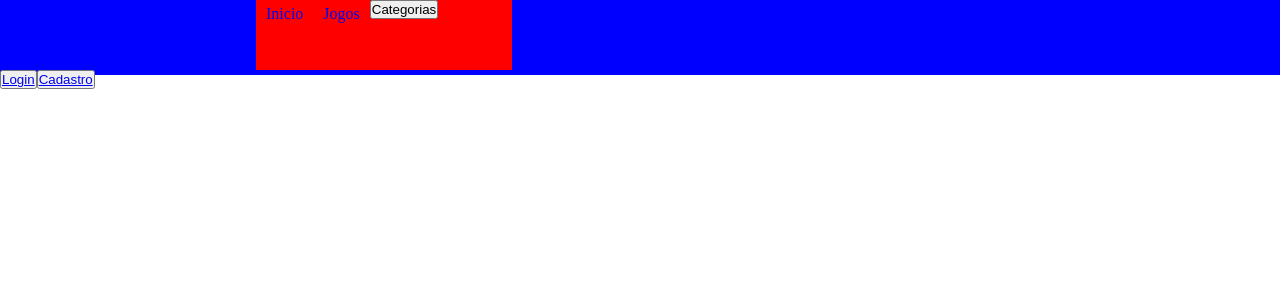
Repository: MarcoantonioCaldeira/Projeto-Go-Gamming
Page: /
These files come from the project's save history. The page is drawn as it stood at one moment and after the next save; the edit follows.
The browser window is 1280 px wide. The pictures show the whole page.
The project was rebuilt for these pictures with package versions that can differ from the ones it lists, and the page was loaded fresh each time. Also part of the build but not shown: src/pages/Inicio/estilo.css, src/pages/rodape/rodape.js, src/pages/Inicio/Inicio.js, src/pages/Jogos/Jogos.js, src/pages/Categorias/Acao.js, src/pages/Categorias/Aventura.js, src/pages/Categorias/Arcades.js, src/pages/Categorias/Familia.js and 7 more.

Above is the page before, as saved 2023-02-05 13:47:20.

### src/App.js
import ReactDOM from "react-dom/client";
import "./fonts/Poppins.ttf";
import { BrowserRouter, Routes, Route } from "react-router-dom";

import Menu from "./pages/Menu/Menu";
import Inicio from "./pages/Inicio/Inicio";

//Categorias
import Jogos from "./pages/Jogos/Jogos";
import Acao from "./pages/Categorias/Acao";
import Aventura from "./pages/Categorias/Aventura";
import Arcades from "./pages/Categorias/Arcades";
import Familia from "./pages/Categorias/Familia";
import Independentes from "./pages/Categorias/Independentes";
import Jogos_RPG from "./pages/Categorias/Jogos_RPG";
import Gratuitos from "./pages/Categorias/Gratuitos";
import Terror from "./pages/Categorias/Terror";
import Suspence from "./pages/Categorias/Suspence";


import Login from "./pages/Login/Login";
import Cadastro from "./pages/Cadastro/Cadastro";

function App() {
  return (
   <BrowserRouter>
    <Routes>
      <Route path="/" element={<Menu />}>
        <Route path="Inicio" element={<Inicio />}/>
        <Route path="jogos" element={< Jogos />}/>
          <Route path="Acao" element={<Acao />}/>
          <Route path="Aventura" element={<Aventura />}/>
          <Route path="Arcades" element={<Arcades />}/>
          <Route path="Familia" element={<Familia />}/>
          <Route path="Independentes" element={<Independentes />}/>
          <Route path="Jogos_RPG" element={<Jogos_RPG />}/>
          <Route path="Gratuitos" element={<Gratuitos />}/>
          <Route path="Terror" element={<Terror />}/>
          <Route path="Suspence" element={<Suspence />}/>
        <Route path="Login" element={<Login />}/>
        <Route path="Cadastro" element={<Cadastro />}/>
      </Route>
    </Routes>
   </BrowserRouter>
  );
}

const root = ReactDOM.createRoot(document.getElementById('root'))
root.render(<App />);
export default App;

### src/pages/Menu/Menu.js
import { Outlet, Link } from "react-router-dom";
import './estilo.css';


const Menu = () => {
  return (
      <>
        <nav id="nav_bar">
          <ul id="menu">
            <li>
              <Link to="./Inicio">Inicio</Link>
            </li>
            <li>
              <Link to="./Jogos">Jogos</Link>
            </li>
            <div class="dropdown" >
              <button class="dropbtn">Categorias</button>
                  <div class="dropdown-content">
                    <a><Link to="./Acao">Ação</Link></a>
                    <a><Link to="./Aventura">Aventura</Link></a>
                    <a><Link to="./Arcades">Arcades</Link></a>
                    <a><Link to="./Familia">Familia</Link></a>
                    <a><Link to="./Independentes">Independetes</Link></a>
                    <a><Link to="./Jogos_RPG">Jogos_RPG</Link></a>
                    <a><Link to="./Gratuitos">Gratuitos</Link></a>
                    <a><Link to="./Terror">Torror</Link></a>
                    <a><Link to="./Suspence">Suspence</Link></a>
                  </div>
            </div>
          </ul>
          <button><Link to="./Login">Login</Link></button>
          <button><Link to="./Cadastro">Cadastro</Link></button>
        </nav>
        <Outlet />
      </>
  )
};

export default Menu;

### src/pages/Menu/estilo.css

*{
    margin: 0;
    padding: 0;
}

/* a, ul{
    display: inline;
    color: white;
    text-decoration: none !important;
    font-family: Arial;
} */


#nav_bar{
    width: 100%;
    height: 75px;
    background-color: blue;
}


#menu{
    width:20%;
    height: 70px;
    margin-left: 20%;
    background-color: red;
    list-style:none;
}

#nav_bar li{
    position:relative;
    float:left;
}

#nav_bar li a{ text-decoration:none; padding:5px 10px; display:block;}

/* DropDown Button */

.dropdown {
    position: relative;
    display: inline-block;
}


.dropbtn {
    /* background-color: #4CAF50; */
    /* color: white; */
    /* padding: 16px; */
    /* font-size: 16px; */
    /* border: none; */
    /* cursor: pointer; */
}


.dropdown-content {
    display: none;
    position: absolute;
    background-color: #f9f9f9;
    font-weight: 500;
    font-family: 'Montserrat', sans-serif;;
    min-width: 160px;
    box-shadow: 0px 8px 16px 0px rgba(0,0,0,0.2);
    z-index: 1;
  }

  .dropdown-content a {
    color: black;
    padding: 12px 16px;
    text-decoration: none;
    display: block;
  }

  .dropdown-content a:hover {background-color: #f1f1f1}


  .dropdown:hover .dropdown-content {
    display: block;
  }

Loaded but not shown: public/index.html (common file); src/index.js (common file); src/reportWebVitals.js (common file)

After the next save:
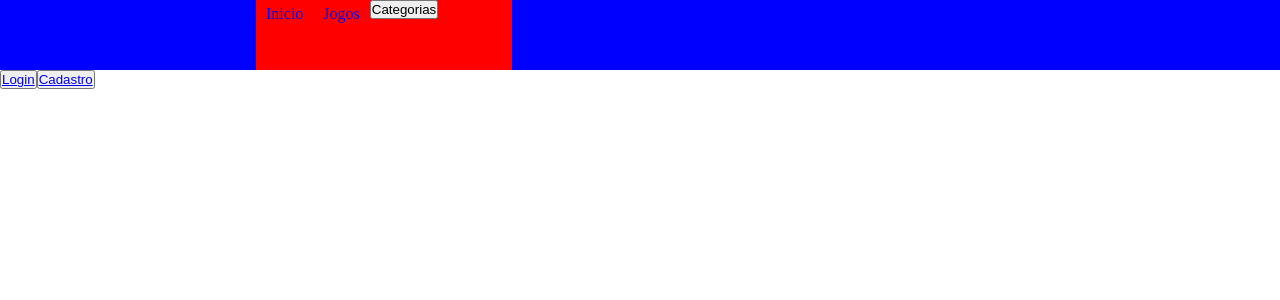
Saved 4 s later.
--- a/src/pages/Menu/estilo.css
+++ b/src/pages/Menu/estilo.css
@@ -14,7 +14,7 @@
 
 #nav_bar{
     width: 100%;
-    height: 75px;
+    height: 70px;
     background-color: blue;
 }
 
